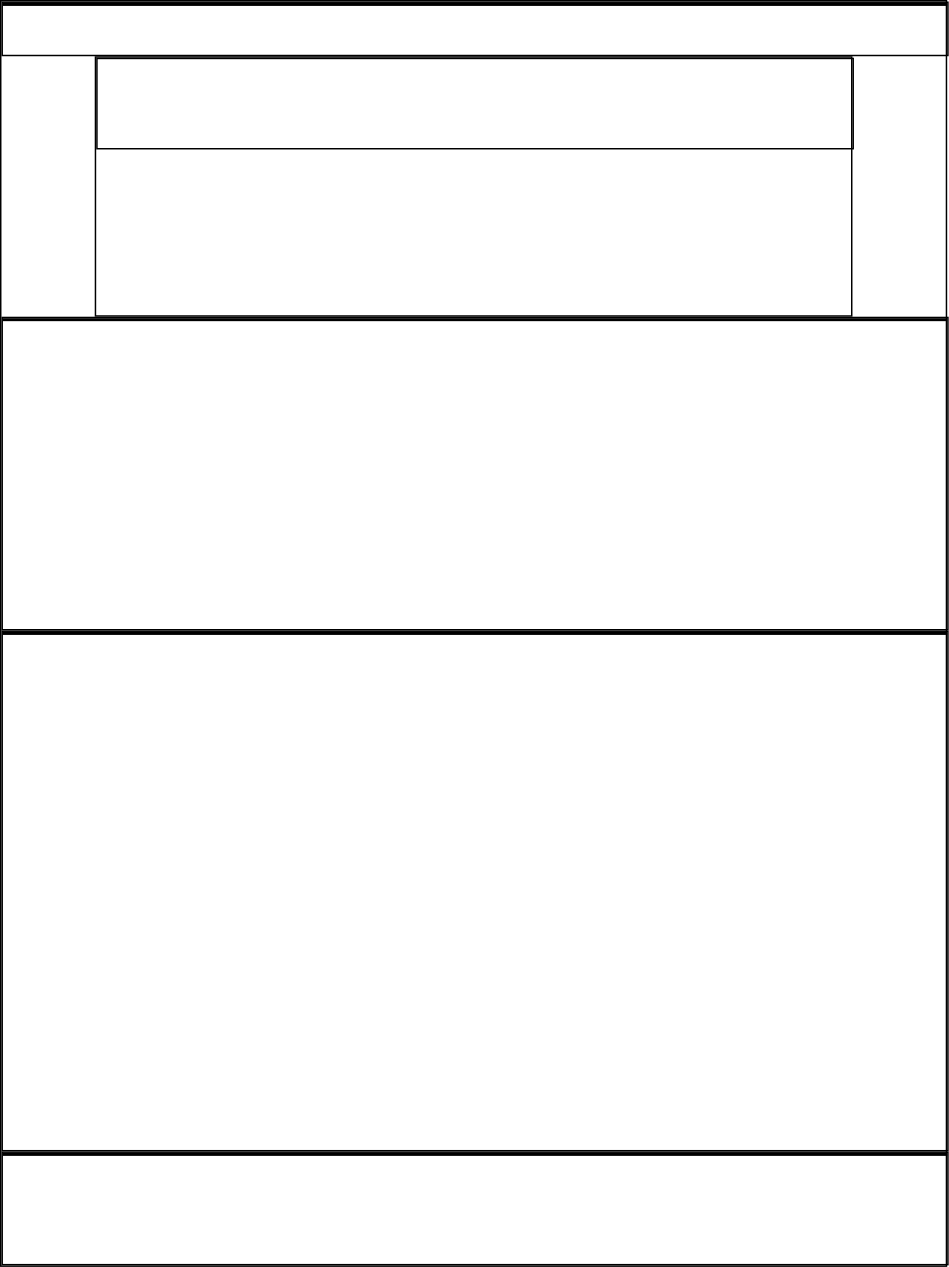
Repository: JHooniie/mini-Project
Page: http://localhost/Project-UIUX/index.jsp
The author's editor kept a copy of each file at every save. The page is drawn from the files as they stood at one save, then again after the next save.
The browser window is 1280 px wide. The page is 1282 px wide, so the pictures cover 1282 px, including what lies to the right of the window. The pictures show the whole page, at 74% of full size.
The page is served by Tomcat 9.

Above is the page before, as saved 2022-07-02 08:27:45.

After the next save:
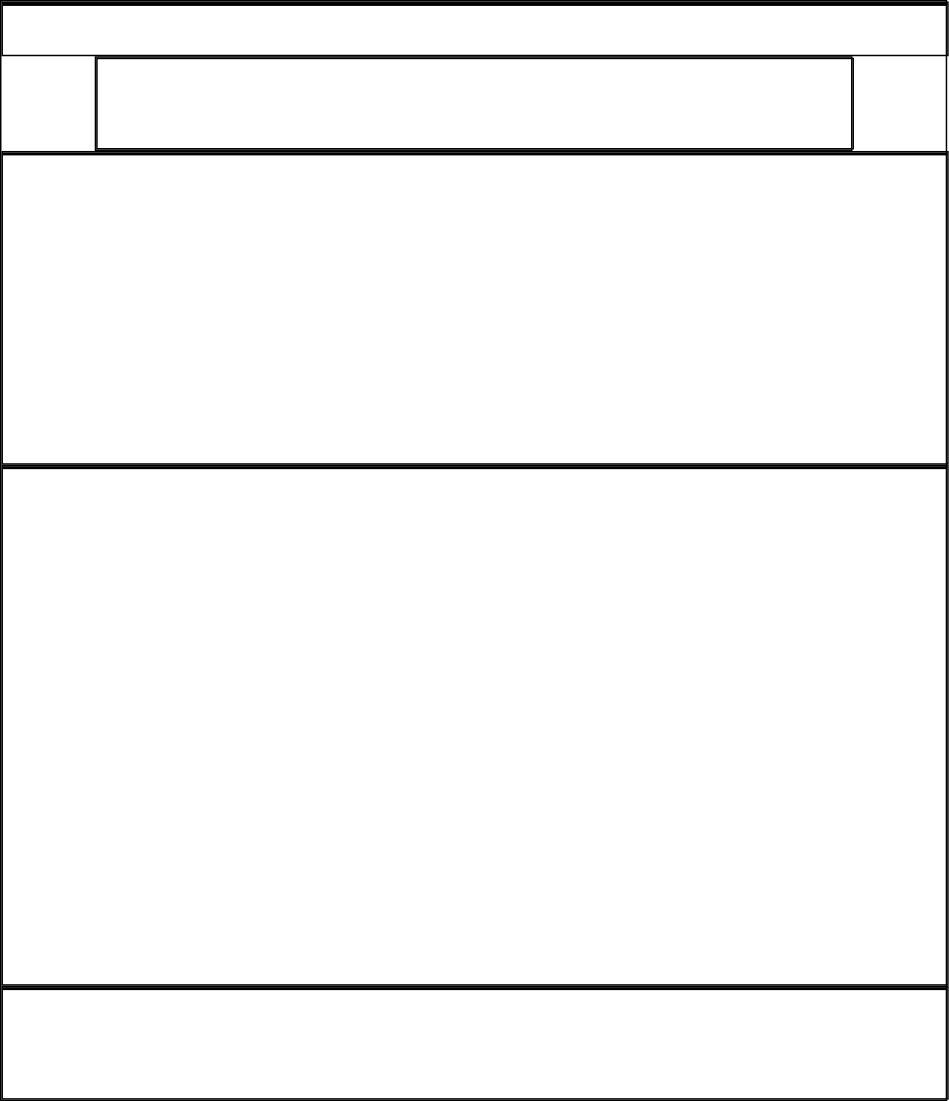
Saved 2 min 23 s later.
--- a/Project-UIUX/src/main/webapp/css/index.css
+++ b/Project-UIUX/src/main/webapp/css/index.css
@@ -28,7 +28,7 @@ ul {
 }
 
 #subMenuBox{
-	position:relative;
+	position:absolute;
 	width:100%;
 	height:220px;
 	z-index:10;
